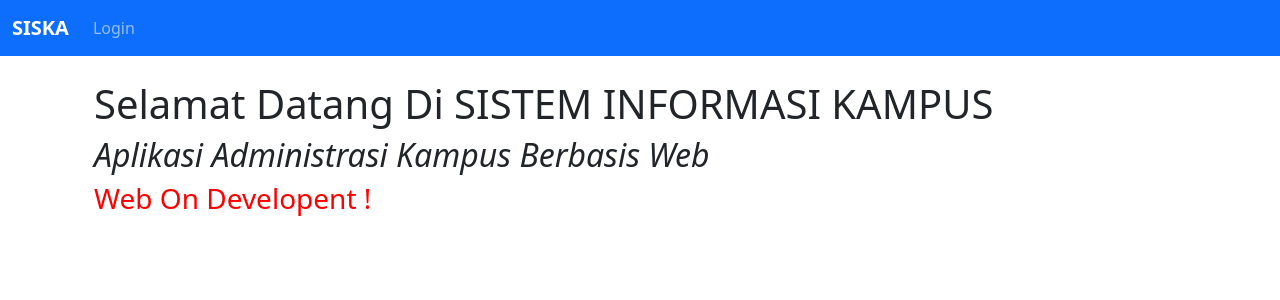
Repository: WiraAtma/administrasi-kampus
Page: http://localhost/
These files come from the project's save history. The page is drawn as it stood at one moment and after a run of saves; the edit follows.
The browser window is 1280 px wide. The pictures show the whole page.
The page is served by the project's Laravel application, run on PHP 8.4 with Laravel 12. Other server files are loaded and not shown.

Above is the page before, as saved 2024-10-25 15:23:09.

### routes/web.php
<?php

use App\Http\Controllers\AuthController;
use App\Http\Controllers\FakultasController;
use App\Http\Controllers\MahasiswaController;
use App\Http\Controllers\ProdiController;
use App\Http\Middleware\AdminAccess;
use App\Http\Middleware\DosenAccess;
use Illuminate\Support\Facades\Route;

Route::get('/', function() {
    return view('home');
});

Route::get('/login', [AuthController::class, 'login'])->name('login')->middleware('guest');
Route::post('/login', [AuthController::class, 'authenticing'])->middleware('guest');
Route::get('/logout', [AuthController::class, 'logout']);

Route::get('/mahasiswa', [MahasiswaController::class, 'index'])->middleware('auth');
Route::get('/mahasiswa-detail/{id}', [MahasiswaController::class, 'show'])->middleware('auth');
Route::get('/mahasiswa-create', [MahasiswaController::class, 'create'])->middleware([AdminAccess::class]);
Route::post('/filter-mahasiswa', [MahasiswaController::class, 'store'])->middleware([AdminAccess::class]);
Route::get('/mahasiswa-edit/{id}', [MahasiswaController::class, 'edit'])->middleware([DosenAccess::class]);
Route::put('/filter-mahasiswa/{id}', [MahasiswaController::class, 'update'])->middleware([DosenAccess::class]);
Route::get('/mahasiswa-delete/{id}', [MahasiswaController::class, 'delete'])->middleware([AdminAccess::class]);
Route::delete('/filter-delete-mahasiswa/{id}', [MahasiswaController::class, 'destroy'])->middleware([AdminAccess::class]);
Route::get('/mahasiswa-temporary', [MahasiswaController::class, 'mahasiswaDeleted'])->middleware([AdminAccess::class]);
Route::get('/filter-restore-mahasiswa/{id}', [MahasiswaController::class, 'restore'])->middleware([AdminAccess::class]);

Route::get('/prodi', [ProdiController::class, 'index'])->middleware('auth');
Route::get('/prodi-detail/{id}', [ProdiController::class, 'show'])->middleware('auth');
Route::get('/prodi-create', [ProdiController::class, 'create'])->middleware([AdminAccess::class]);
Route::post('/filter-prodi', [ProdiController::class, 'store'])->middleware([AdminAccess::class]);
Route::get('/prodi-edit/{id}', [ProdiController::class, 'edit'])->middleware([DosenAccess::class]);
Route::post('/filter-prodi/{id}', [ProdiController::class, 'update'])->middleware([DosenAccess::class]);
Route::get('/prodi-delete/{id}', [ProdiController::class, 'delete'])->middleware([AdminAccess::class]);
Route::delete('/filter-delete-prodi/{id}', [ProdiController::class, 'destroy'])->middleware(AdminAccess::class);
Route::get('/prodi-temporary', [ProdiController::class, 'prodiDeleted'])->middleware([AdminAccess::class]);
Route::get('/filter-restore-prodi/{id}', [ProdiController::class, 'restore'])->middleware([AdminAccess::class]);

Route::get('/fakultas', [FakultasController::class, 'index'])->middleware('auth');

### resources/views/home.blade.php
@extends('layouts.mainLayouts')

@section('title', 'Beranda')

@section('content')
<div class="container">
    <h1>Selamat Datang Di SISTEM INFORMASI KAMPUS</h1>
    <h2><i>Aplikasi Administrasi Kampus Berbasis Web</i></h2>
    <h3 style="color: red">Web On Developent !</h3>
    <div class="mt-5">
        @if(auth()->check() && auth()->user()->name != '')
            <h6>User Login : {{ Auth::user()->name }}</h6>
            <h6>User Position : {{ Auth::user()->role->name }}</h6>
        @else
        @endif
    </div>
</div>

@endsection

### resources/views/layouts/mainLayouts.blade.php
<!DOCTYPE html>
<html lang="en">
<head>
    <meta charset="UTF-8">
    <meta name="viewport" content="width=device-width, initial-scale=1.0">
    <meta http-equiv="X-UA-Compatible" content="ie=edge">
    <title>SISKA | @yield('title')</title>
    <link href="https://cdn.jsdelivr.net/npm/bootstrap@5.3.3/dist/css/bootstrap.min.css" rel="stylesheet" integrity="sha384-QWTKZyjpPEjISv5WaRU9OFeRpok6YctnYmDr5pNlyT2bRjXh0JMhjY6hW+ALEwIH" crossorigin="anonymous">
</head>
<body>
    <nav class="navbar sticky-top bg-primary navbar-expand-lg" data-bs-theme="dark">
        <div class="container-fluid">
          <a class="navbar-brand" href="/" style="font-weight: bold">SISKA</a>
          <button class="navbar-toggler" type="button" data-bs-toggle="collapse" data-bs-target="#navbarTogglerDemo02" aria-controls="navbarTogglerDemo02" aria-expanded="false" aria-label="Toggle navigation">
            <span class="navbar-toggler-icon"></span>
          </button>
          <div class="collapse navbar-collapse" id="navbarTogglerDemo02">
            @if(auth()->check() && auth()->user()->name != '')
              <ul class="navbar-nav me-auto mb-2 mb-lg-0">
                <li class="nav-item">
                  <a class="nav-link {{ request()->is('/') ? 'active' : ''}}" href="/">Beranda</a>
                </li>
                <li class="nav-item">
                  <a class="nav-link {{ request()->is('mahasiswa') ? 'active' : ''}}" href="/mahasiswa">Mahasiswa</a>
                </li>
                <li class="nav-item">
                  <a class="nav-link {{ request()->is('prodi') ? 'active' : ''}}" href="/prodi">Program Studi</a>
                </li>
                <li class="nav-item">
                  <a class="nav-link {{ request()->is('fakultas') ? 'active' : ''}}" href="/fakultas">Fakultas Kampus</a>
                </li>
              </ul>
            @else
            @endif
            <ul class="navbar-nav">
              <li class="nav-item">
                @if(auth()->check() && auth()->user()->name != '')
                  <a href="/logout" class="nav-link">Logout</a>
                @else
                  <a href="/login" class="nav-link">Login</a>
                @endif
              </li>
            </ul>
          </div>
        </div>
    </nav>
    <div class="container mt-4">
        @yield('content')
    </div>
    <script src="https://cdn.jsdelivr.net/npm/bootstrap@5.3.3/dist/js/bootstrap.bundle.min.js" integrity="sha384-YvpcrYf0tY3lHB60NNkmXc5s9fDVZLESaAA55NDzOxhy9GkcIdslK1eN7N6jIeHz" crossorigin="anonymous"></script>
</body>
</html>

After the next 3 saves:
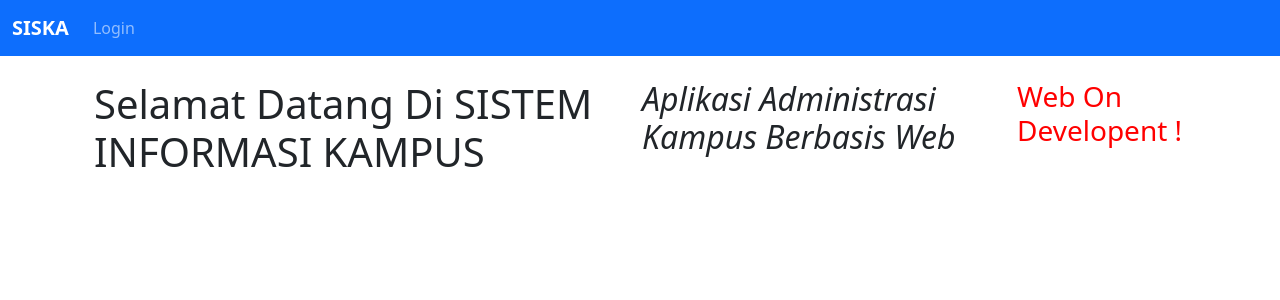
The 3 saves are shown as one change because they came seconds apart.
The last was saved 9 s later.
--- a/resources/views/home.blade.php
+++ b/resources/views/home.blade.php
@@ -3,7 +3,7 @@
 @section('title', 'Beranda')
 
 @section('content')
-<div class="container">
+<div class="container d-flex justify-content-center">
     <h1>Selamat Datang Di SISTEM INFORMASI KAMPUS</h1>
     <h2><i>Aplikasi Administrasi Kampus Berbasis Web</i></h2>
     <h3 style="color: red">Web On Developent !</h3>
